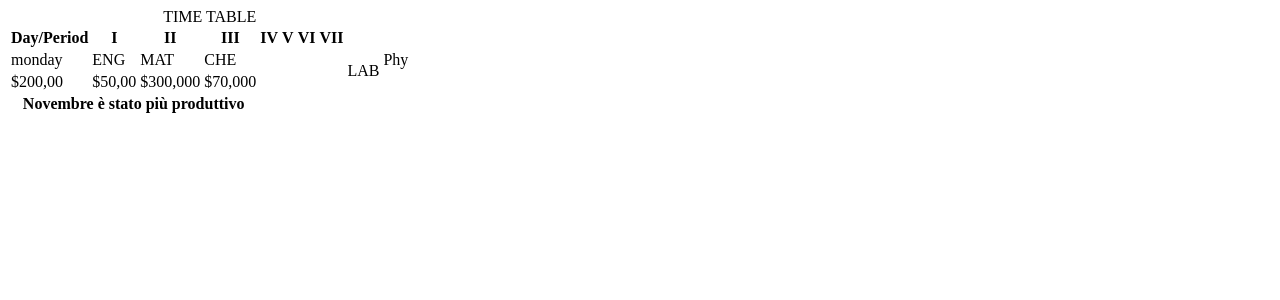
Repository: MicTomm/corso-frontend
Page: HTML/tabella/index.html
The author's editor kept a copy of each file at every save. The page is drawn from the files as they stood at one save, then again after the next save.
The browser window is 1280 px wide. The pictures show the whole page.

Above is the page before, as saved 2023-11-07 16:17:49.

### HTML/tabella/index.html
<!DOCTYPE html>
<html lang="it">
<head>
  <meta charset="UTF-8">
  <meta name="viewport" content="width=device-width, initial-scale=1.0">
  <title>Ta-bella</title>
</head>
<body>
  <table>
    <caption>TIME TABLE</caption>
    <thead>
      <tr>
        <th>Day/Period</th>
        <th>I</th>
        <th>II</th>
        <th>III</th>
        <th>IV</th>
        <th>V</th>
        <th>VI</th>
        <th>VII</th>
      </tr>
    </thead>

    <tbody>
      <tr>
        <td>monday</td>
        <td>ENG</td>
        <td>MAT</td>
        <td>CHE</td>
        <td colspan="6"></td>
        <td rowspan="3">LAB</td>
        <td>Phy</td>
      </tr>
      <tr>
        <td>$200,00</td>
        <td>$50,00</td>
        <td>$300,000</td>
        <td>$70,000</td>
      </tr>
    </tbody>

    <tfoot>
      <tr>
        <th colspan= "4">Novembre è stato più produttivo</th>
      </tr>
    </tfoot>
  </table>
</body>
</html>

After the next save:
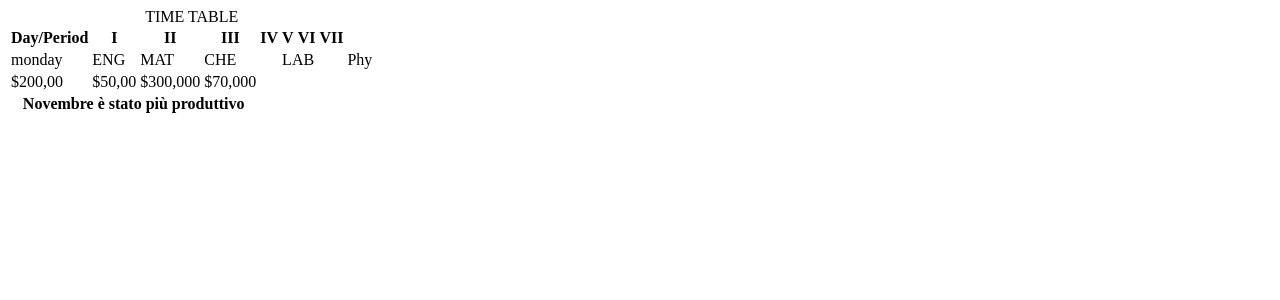
Saved 87 s later.
--- a/HTML/tabella/index.html
+++ b/HTML/tabella/index.html
@@ -27,8 +27,8 @@
         <td>ENG</td>
         <td>MAT</td>
         <td>CHE</td>
-        <td colspan="6"></td>
-        <td rowspan="3">LAB</td>
+        <td rowspan="6"></td>
+        <td colspan="3">LAB</td>
         <td>Phy</td>
       </tr>
       <tr>
